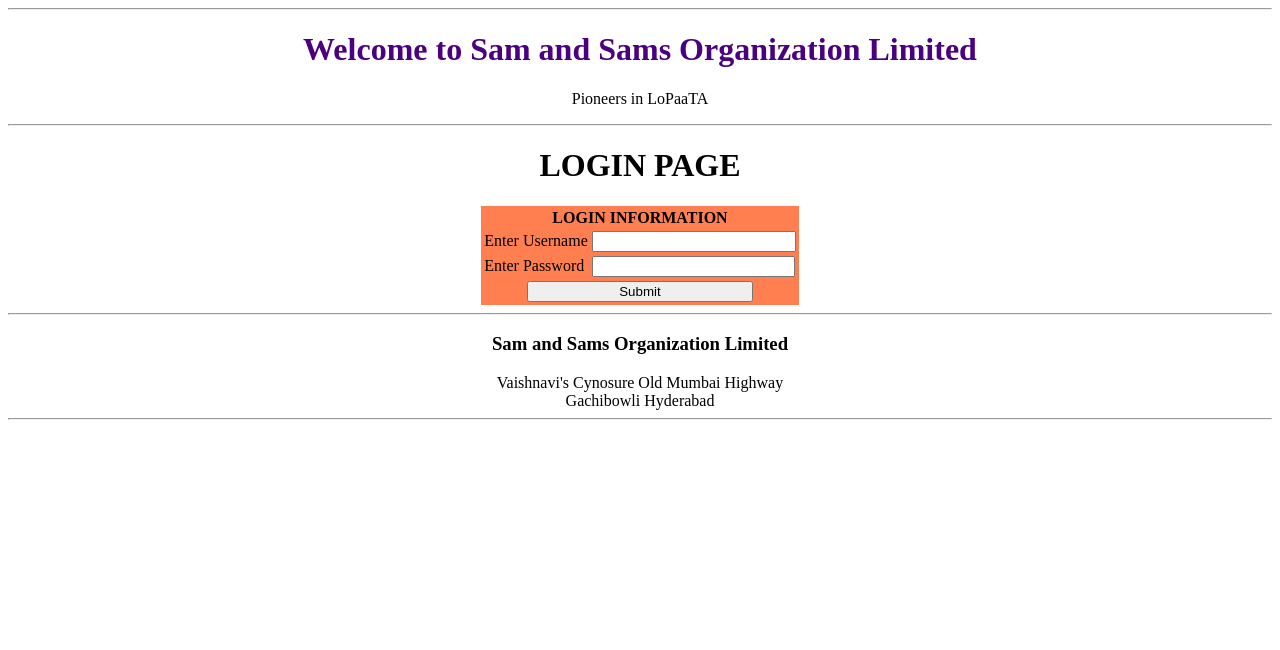
Repository: somnath0796/DeveloperMaterials
Page: http://localhost/JspApp/login.jsp
The author's editor kept a copy of each file at every save. The page is drawn from the files as they stood at one save, then again after the next save.
The browser window is 1280 px wide. The pictures show the whole page.
The page is served by Tomcat 9. Other server files are loaded and not shown.

Above is the page before, as saved 2018-02-02 06:23:20.

### JspApp/WebContent/login.jsp
<%@ page language="java" contentType="text/html; charset=ISO-8859-1"
    pageEncoding="ISO-8859-1"%>
<!DOCTYPE html PUBLIC "-//W3C//DTD HTML 4.01 Transitional//EN" "http://www.w3.org/TR/html4/loose.dtd">
<html>
<head>
<meta http-equiv="Content-Type" content="text/html; charset=ISO-8859-1">
<title>Login</title>
</head>
<body>
	<%@ include file="header.jsp"%>
	<h1><center>LOGIN PAGE</center></h1>
	 <form method="post" action="process.jsp">
	 	<center>
		<table style="background-color: Coral;">
			<thead>
				<tr>
					<th colspan="2"><center> LOGIN INFORMATION</center></th>
				</tr>
			</thead>
			<tr>
			<td>Enter Username</td> <td> <input type="text" name = "userName" style="width: 196px; "></td>
		</tr>
		<tr>
			<td>Enter Password</td> <td> <input type="password" name = "password" style="width: 195px; "></td>
		</tr>
		<tr>
			<td colspan="2" align="center"><input type="submit" value = "Submit" style="width: 226px; "></td>
		</tr>
		</table>
		</center>
	</form>
	<%@ include file="footer.jsp"%>
</body>
</html>

### JspApp/WebContent/header.jsp
<hr style="color:Red">
<center>
<h1 style="color: Indigo"><b> Welcome to Sam and Sams Organization Limited</b></h1>
<p> Pioneers in LoPaaTA</p>
</center>

<hr style="color: Magenta">

### JspApp/WebContent/footer.jsp
<hr>
<center>
<h3> Sam and Sams Organization Limited </h3>
Vaishnavi's Cynosure Old Mumbai Highway <br/>
Gachibowli Hyderabad<br/>
</center>
<hr>

After the next save:
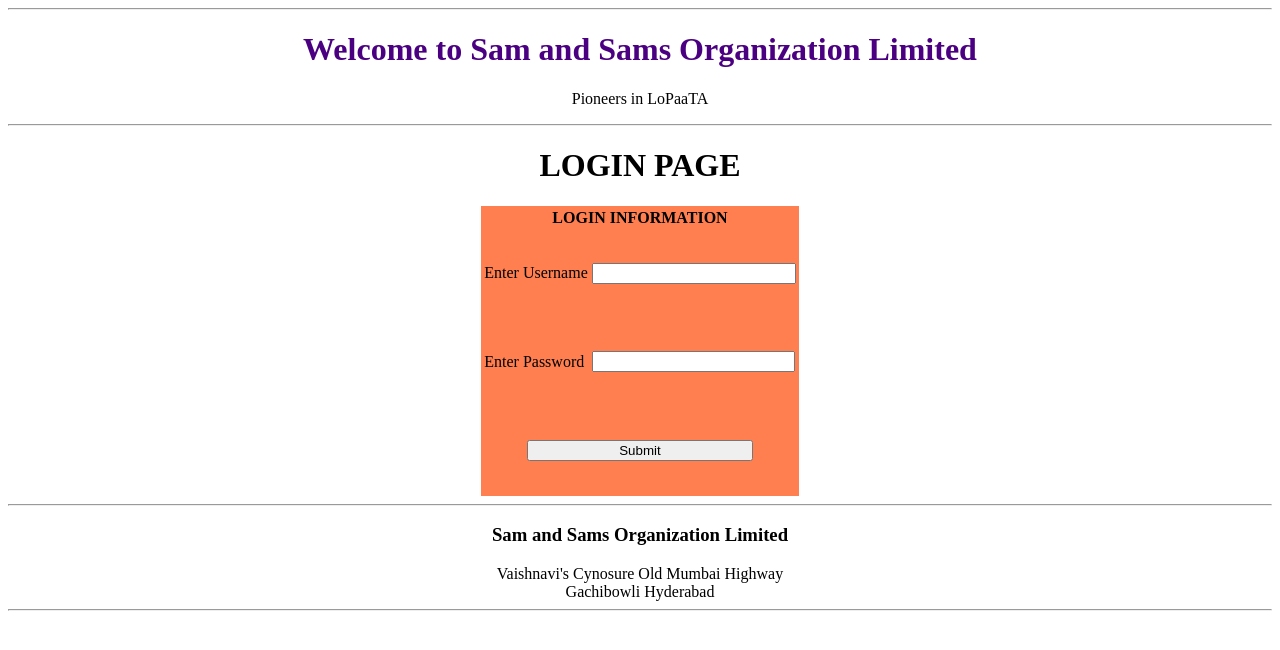
Saved 70 s later.
--- a/JspApp/WebContent/login.jsp
+++ b/JspApp/WebContent/login.jsp
@@ -11,7 +11,7 @@
 	<h1><center>LOGIN PAGE</center></h1>
 	 <form method="post" action="process.jsp">
 	 	<center>
-		<table style="background-color: Coral;">
+		<table style="background-color: Coral; height: 290px">
 			<thead>
 				<tr>
 					<th colspan="2"><center> LOGIN INFORMATION</center></th>
